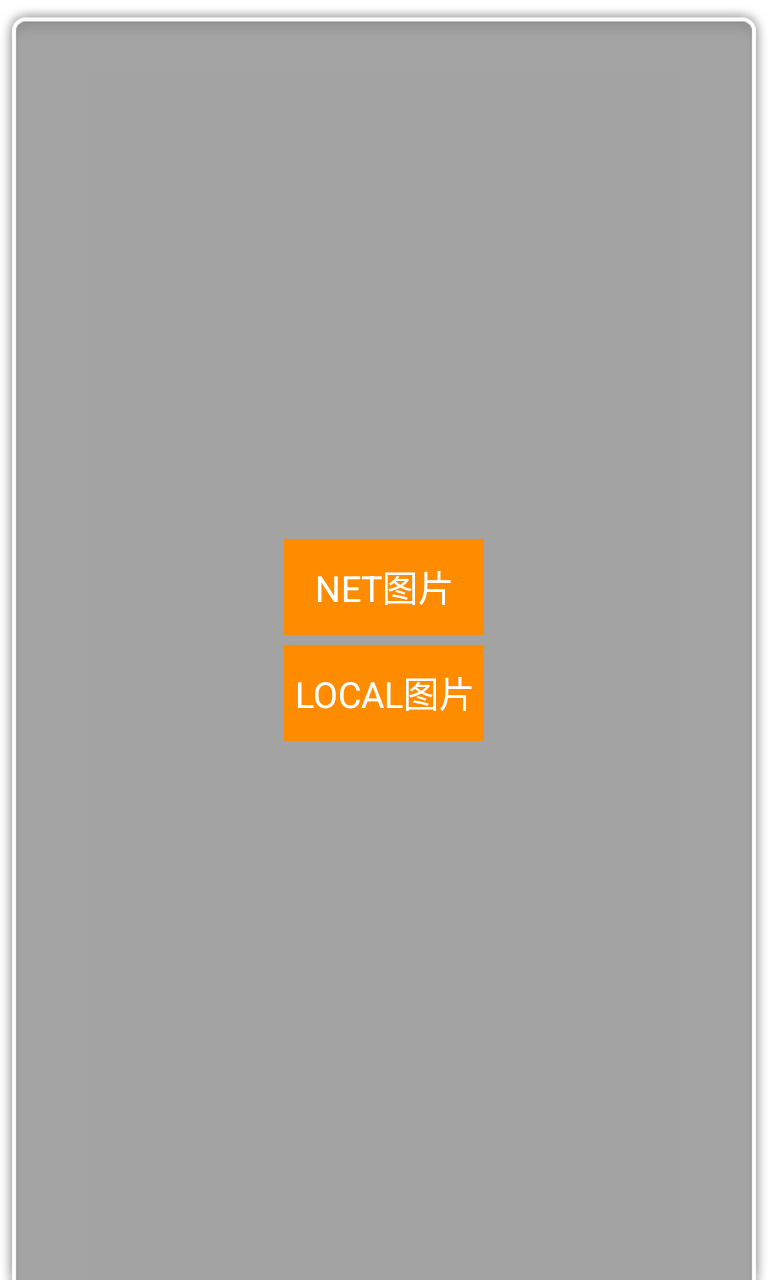
Repository: taiyang0725/Android
Layout: TestViewPage/res/layout/b.xml
These files come from the project's save history. The layout is drawn as it stood at one moment and after the next save; the edit follows.
It is drawn on a 768 x 1280 px phone screen (xhdpi) without system bars, with theme AppTheme; the app's code is not run.

Above is the layout before, as saved 2015-05-14 06:57:52.

After the next save:
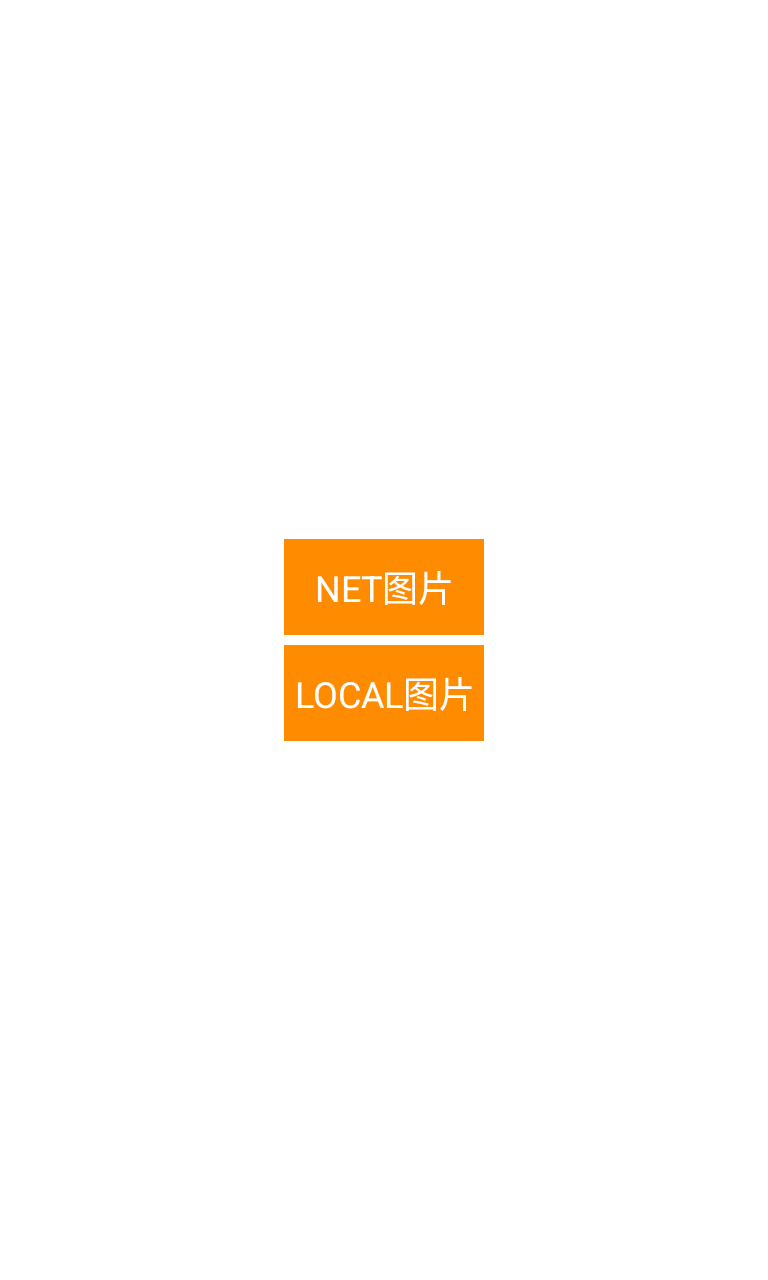
Saved 17 s later.
--- a/TestViewPage/res/layout/b.xml
+++ b/TestViewPage/res/layout/b.xml
@@ -2,7 +2,7 @@
 <RelativeLayout xmlns:android="http://schemas.android.com/apk/res/android"
     android:layout_width="match_parent"
     android:layout_height="match_parent"
-    android:background="@android:drawable/zoom_plate" >
+    android:background="@android:drawable/divider_horizontal_dim_dark" >
 
    <LinearLayout
        android:layout_width="wrap_content"
